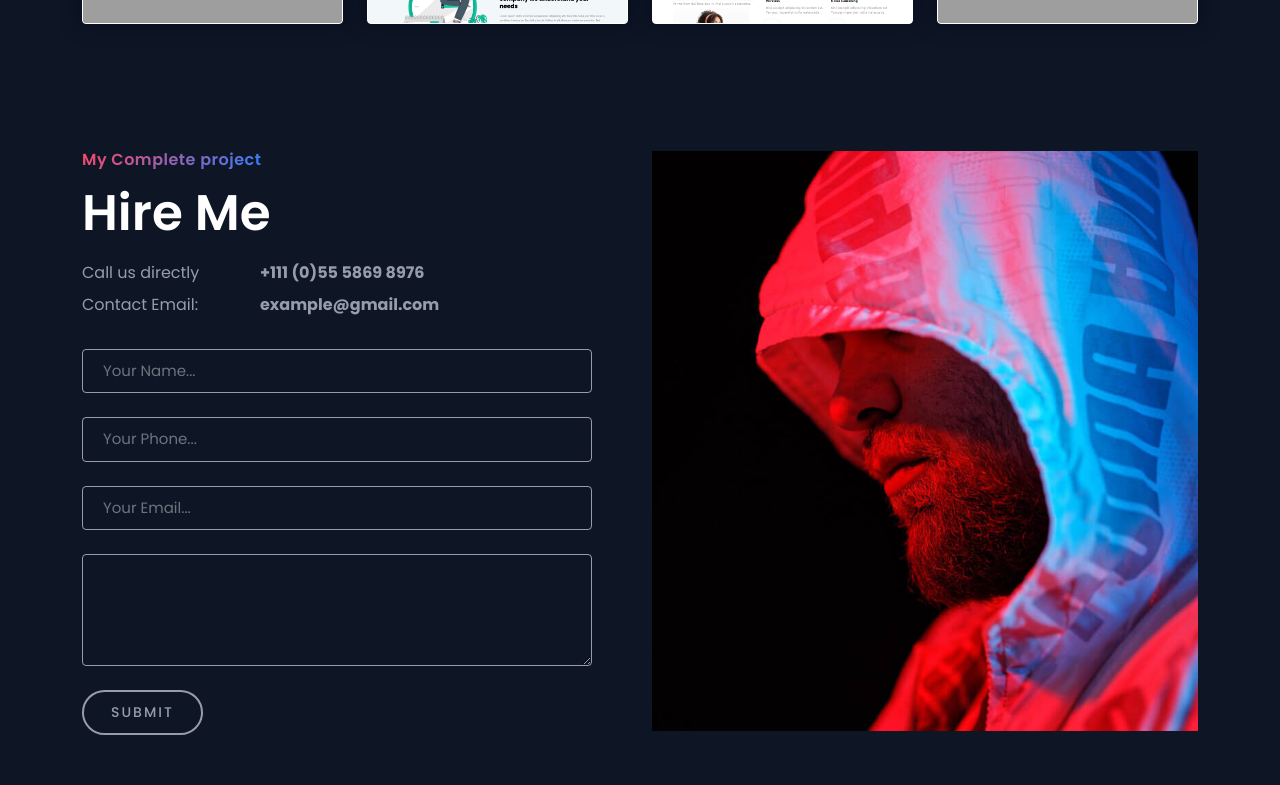
Repository: wadelfadill/Bootstrap_tache_3_responsive_portfolio
Page: index.html
An editor plug-in stored every save of this project. The page is shown before and after the next save, followed by the edit.
The browser window is 1280 px wide. The pictures show the part of the page from y = 3349 to 4301 px (the page is 4134 px tall before and 4301 px after).
Pictures or frames that could not be fetched are drawn as grey boxes. Backgrounds fixed to the window are drawn as part of the page. Some web libraries are served in a nearby version.

Above is the page before, as saved 2023-04-12 15:44:57.

After the next save:
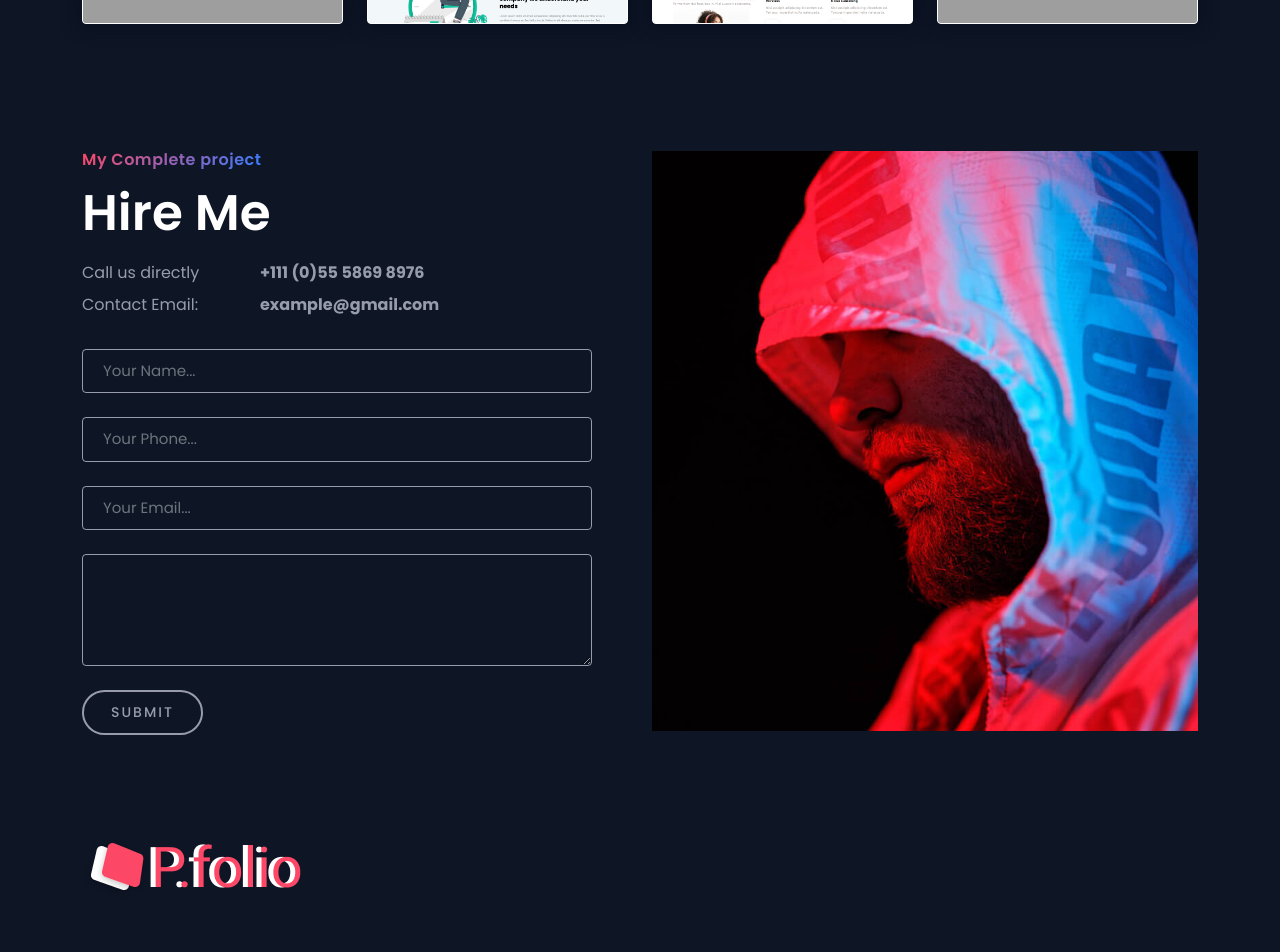
Saved 6 min 44 s later.
--- a/index.html
+++ b/index.html
@@ -379,7 +379,17 @@
         <!----------- Contact section end ------->
     <!------------------------------------------------------->
         <!------------ Footer section ----------->
-
+        <section id="footer" class="footer_wrapper mt-3 mt-md-0">
+          <div class="container">
+            <div class="row align-items-center">
+              <div class="col-lg-4 col-md-6 text-center text-md-start">
+                <div class="footer-logo mb-3 mb-md-0">
+                  <img src="images/logo.png" alt="" class="img-fluid">
+                </div>
+              </div>
+            </div>
+          </div>
+        </section>
         <!------------ Footer section end ------->
     <!------------------------------------------------------->
         <!-- JS file link -->
